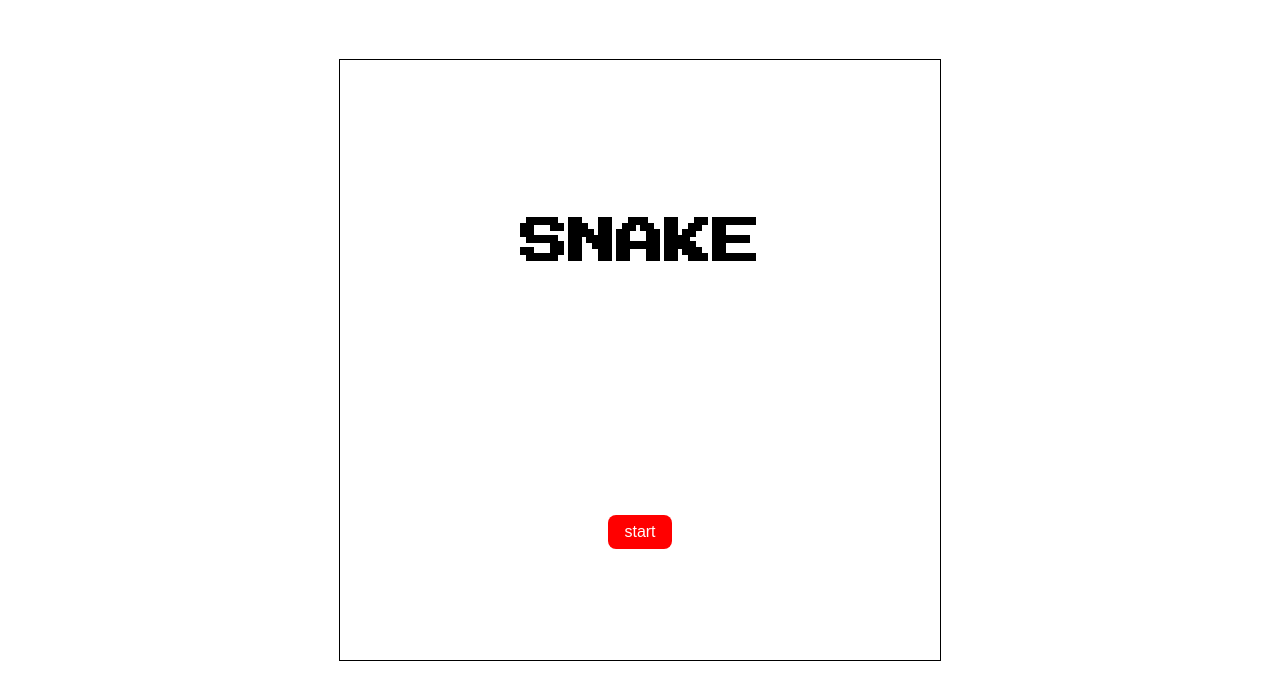
Repository: meills/react-snake
Page: /
The author's editor kept a copy of each file at every save. The page is drawn from the files as they stood at one save, then again after the next save.
The browser window is 1280 px wide. The pictures show the whole page.
The project was rebuilt for these pictures with package versions that can differ from the ones it lists, and the page was loaded fresh each time. Also part of the build but not shown: src/components/Snakeboard.js, src/styles/App.css.

Above is the page before, as saved 2020-06-15 18:17:59.

After the next save:
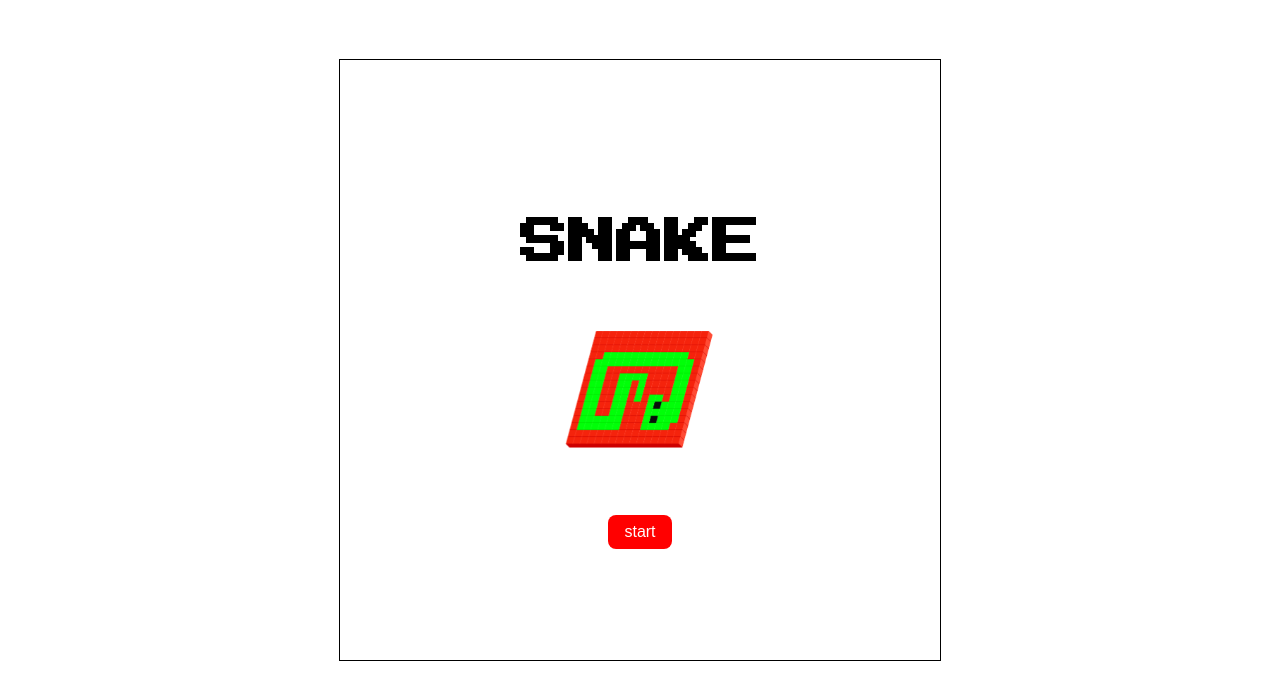
Saved 16 s later.
--- a/src/styles/snakeboard.css
+++ b/src/styles/snakeboard.css
@@ -37,20 +37,8 @@
     animation:spin 4s linear infinite;
 }
 
-@keyframes spin {
-    from{
-    transform: rotateY(0deg);
-
-    }
-    to{
-    transform: rotateY(360deg);
-
-    }
-   }
-   @-webkit-keyframes spin{
-    from{-webkit-transform: rotateY(0deg);}
-    to{-webkit-transform: rotateY(360deg);}
-   }
+@-webkit-keyframes spin { 100% { -webkit-transform: rotate(360deg); } }
+@keyframes spin { 100% { -webkit-transform: rotate(360deg); transform:rotate(360deg); } }
 
 
 button {
